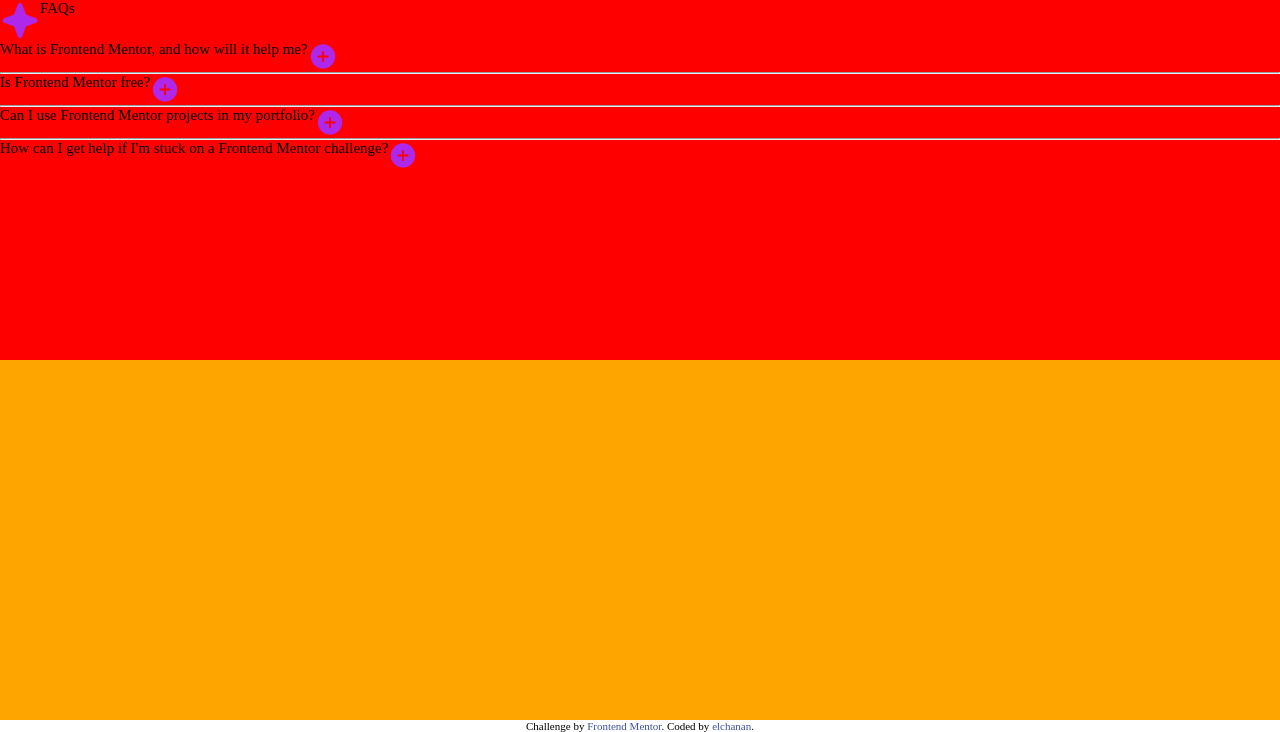
Repository: elchananChen/frontend-mentor-projects
Page: 2024/10/faQs/index.html
The author's editor kept a copy of each file at every save. The page is drawn from the files as they stood at one save, then again after the next save.
The browser window is 1280 px wide. The pictures show the whole page.

Above is the page before, as saved 2024-10-13 05:52:11.

After the next save:
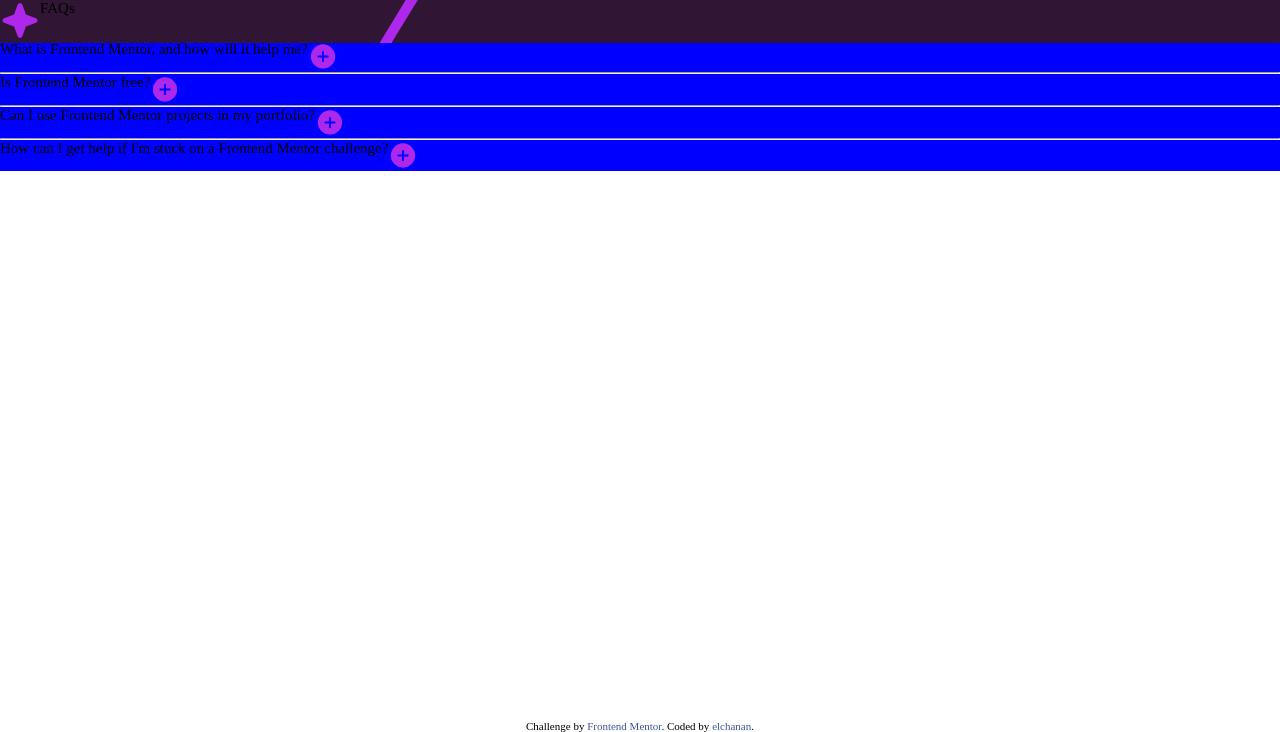
Saved 3 min 17 s later.
--- a/2024/10/faQs/style.css
+++ b/2024/10/faQs/style.css
@@ -14,10 +14,11 @@
   /* background: -moz-linear-gradient(left, blue 75%, white 25%); */
   /* background: linear-gradient(180deg, red 20%, orange 20% 100%); */
   /* background: linear-gradient(to top, blue 25%, white 25%, red 50%); */
-  position: relative;
-  height: 100vh;
-  background: linear-gradient(180deg, red 50%, orange 50%),
+
+  background: linear-gradient(180deg, transparent 25%, blue 25%),
     url("./assets/images/background-pattern-mobile.svg");
+  background-size: cover; /* מכסה את האלמנט */
+  background-position: center; /* מרכז את התמונה */
   /* background-size: cover; מכסה את האלמנט */
   /* background-position: center; */
 }
